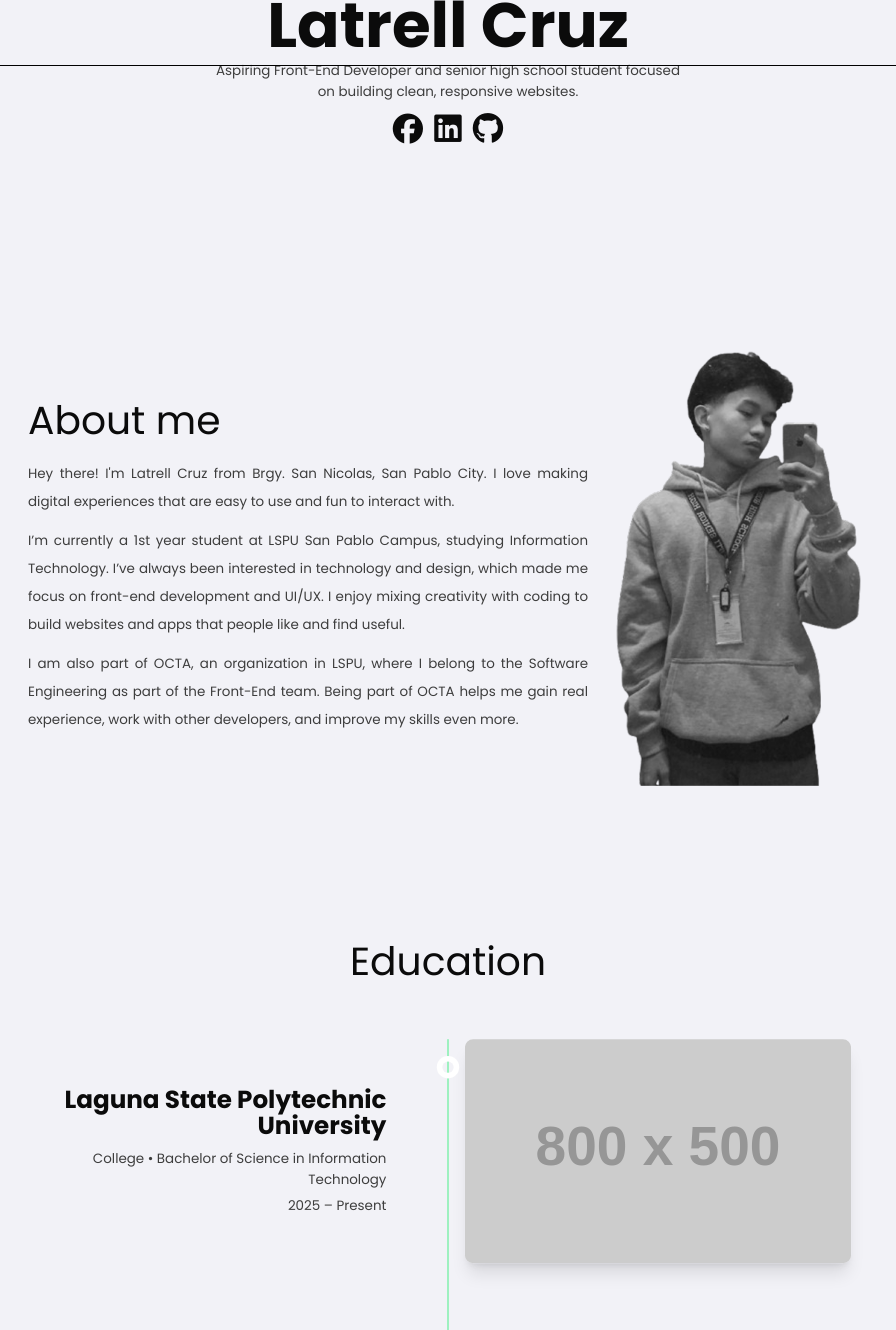
Repository: Latrell26/Portfolio-schoolProject
Page: /
These files come from the project's save history. The page is drawn as it stood at one moment and after the next save; the edit follows.
The browser window is 1280 px wide. The pictures show the part of the page from y = 272 to 2172 px (the page is 6276 px tall), at 70% of full size.
Pictures or frames that could not be fetched are drawn as grey boxes. The project was rebuilt for these pictures with package versions that can differ from the ones it lists, and the page was loaded fresh each time. Also part of the build but not shown: svelte.config.js, vite.config.js.

Above is the page before, as saved 2026-01-02 22:24:36.

### index.html
<!doctype html>
<html lang="en">
  <head>
    <meta charset="UTF-8" />
    <link rel="icon" type="image/svg+xml" href="/vite.svg" />
    <meta name="viewport" content="width=device-width, initial-scale=1.0" />
    <title>my-portfolio</title>
    <link rel="preconnect" href="https://fonts.googleapis.com">
<link rel="preconnect" href="https://fonts.gstatic.com" crossorigin>
<link href="https://fonts.googleapis.com/css2?family=Poppins:ital,wght@0,100;0,200;0,300;0,400;0,500;0,600;0,700;0,800;0,900;1,100;1,200;1,300;1,400;1,500;1,600;1,700;1,800;1,900&display=swap" rel="stylesheet">
 <link
    rel="stylesheet"
    href="https://cdnjs.cloudflare.com/ajax/libs/font-awesome/6.5.0/css/all.min.css"
  />
  </head>
  <body>
    <div id="app"></div>
    <script type="module" src="/src/main.js"></script>
  </body>
</html>

### src/app.css
@import "tailwindcss";

@theme {
  --color-dark: var(--dark);
  --color-medyolight: var(--medyolight);
  --color-light: var(--light);
}

:root {
  font-family: poppins;
  line-height: 1.5;
  font-weight: 400;
  color-scheme: light dark;
  color: #0B0B0B;
  background-color: #F2F2F7;
  font-synthesis: none;
  text-rendering: optimizeLegibility;
  -webkit-font-smoothing: antialiased;
  -moz-osx-font-smoothing: grayscale;
  --dark: #0B0B0B;
  --light: #F2F2F7;
  --medyolight: #3D3D3D;
  --light_bg: #F2F2F7;

  --tooltip-bg: var(--dark);
  --tooltip-text: var(--light);
  --tooltip-border: var(--dark);
}

.dark-mode {
  --dark: #0B0B0B;
  --medyolight: #E0E0E0;
  --light: #F2F2F7;
  --light_bg: #0B0B0B;
}

.dark-mode {
  background-color: var(--dark);
  color: var(--light);
  border-top-color: var(--light);
}

html{
  scroll-behavior: smooth;
  transition: color 0.3s ease;

}
h1 {
  font-size: clamp(4rem, 7vw, 8rem);
  font-weight: 700;
  line-height: 1.1;
}
h2 {
  font-size: clamp(2rem, 6vw, 3.5rem);
  line-height: 1.1;
}
h3 {
  font-size: clamp(2rem, 6vw, 2.2rem);
  line-height: 1.1;
}
h4 {
  font-size: clamp(1rem, 6vw, 2rem);
  line-height: 1.1;
}
h5{
  font-size: clamp(2rem, 3vw, 2.5rem);
}
p{
  font-size: clamp(1rem, 6vw, 1.2rem);
  color: var(--medyolight);
}

span{
  color: var(--light);
}

.border-light {
  border-color: transparent;
}
.border-t-light {
  border-top-color: var(--dark);
}

@keyframes slide {
    from {
      transform: translateX(-100%);
    }
    to {
      transform: translateX(0);
    }
  }

### src/App.svelte
<script>
  import svelteLogo from "./assets/svelte.svg";
  import viteLogo from "/vite.svg";
  import NavBar from "./lib/navBar.svelte";
  import Footer from "./lib/footer.svelte";
  import * as img from "./imagedata.js";
  import { projects } from "./lib/arrayObjectsData.js";
  import { education } from "./lib/arrayObjectsData.js";
  import ProjectCard from "./lib/components-cards.svelte";
  import TimelineItem from "./lib/TimeLineItem.svelte";
  const icons = [
    { src: img.csharplogo, name: "C#" },
    { src: img.csslogo, name: "CSS" },
    { src: img.htmllogo, name: "HTML" },
    { src: img.javalogo, name: "Java" },
    { src: img.jslogo, name: "JavaScript" },
    { src: img.pythonlogo, name: "Python" },
    { src: img.sveltelogo, name: "Svelte" },
    { src: img.tailwindlogo, name: "Tailwind CSS" },
    { src: img.figmalogo, name: "Figma" },
    { src: img.supabaselogo, name: "Supabase" },
    { src: img.firebaselogo, name: "Firebase" },
    { src: img.github, name: "GitHub" },
    { src: img.gitlogo, name: "Git" },
  ];
</script>

<main class="max-w-330 mx-auto pt-2 px-4 lg:px-10 duration-300">
  <NavBar />
  <section
    class="h-screen flex flex-col justify-center items-center text-center"
    id="home"
  >
    <div>
      <h1 class="font-bold">Latrell Cruz</h1>
      <p class=" text-lg max-w-2xl">
        Aspiring Front-End Developer and senior high school student focused on
        building clean, responsive websites.
      </p>
    </div>

    <div class="flex flex-row gap-4 mt-4 justify-center items-center">
      <a href="https://www.facebook.com/share/1Da6x7yam2/">
        <i class="fa-brands fa-facebook text-[2.7rem] hover:text-[#1877F2] duration-300"></i>
      </a>
      <a href="https://www.linkedin.com/in/latrell-cruz-a11975387/">
        <i class="fa-brands fa-linkedin text-[2.8rem] hover:text-[#0A66C2] duration-300"></i>
      </a>
      <a href="https://github.com/Latrell26">
        <i class="fa-brands fa-github text-[2.8rem] duration-300"></i>
      </a>
    </div>
  </section>

  <section class="mb-35 pt-10" id="about">
    <div class="flex flex-wrap justify-between items-center">
      <div class="flex flex-col">
        <h2 class="mb-6">About me</h2>
        <div class="max-w-[50rem] leading-10 flex-1 text-justify">
          <p>
            Hey there! I'm Latrell Cruz from Brgy. San Nicolas, San Pablo City.
            I love making digital experiences that are easy to use and fun to
            interact with.
          </p>
          <p class="mt-4">
            I’m currently a 1st year student at LSPU San Pablo Campus, studying
            Information Technology. I’ve always been interested in technology
            and design, which made me focus on front-end development and UI/UX.
            I enjoy mixing creativity with coding to build websites and apps
            that people like and find useful.
          </p>
          <p class="mt-4">
            I am also part of OCTA, an organization in LSPU, where I belong to
            the Software Engineering as part of the Front-End team.
            Being part of OCTA helps me gain real experience, work with other
            developers, and improve my skills even more.
          </p>
        </div>
      </div>
      <img src={img.me} alt="me" class="hidden xl:block w-auto h-auto" />
    </div>
  </section>
  <section id="education" class="py-20 px-6">
  <div class="max-w-6xl mx-auto">
    <h2 class="text-center mb-20">Education</h2>

    <div class="relative">
      <div class="absolute left-1/2 transform -translate-x-1/2 w-0.5 bg-green-300 bg h-full hidden lg:block"></div>

      <div class="space-y-0">
        {#each education as edu, i}
          <TimelineItem
            school={edu.school}
            level={edu.level}
            year={edu.year}
            imageSrc={edu.imageSrc}
            imageAlt={edu.imageAlt}
            isLeft={i % 2 === 0}
          />
        {/each}
      </div>
    </div>
  </div>
</section>
  <section class="mb-5">
    <h3 class="flex justify-center items-center">Tech I Use</h3>
    <div class="relative overflow-hidden py-4 pt-12">
      <div
        class="pointer-events-none absolute inset-0 z-10
          bg-[linear-gradient(to_right,var(--light_bg)_0%,transparent_20%,transparent_80%,var(--light_bg)_100%)]
          "
      ></div>

      <div class="flex animate-[slide_26s_linear_infinite] gap-8 md:gap-16">
  <div class="flex gap-8 md:gap-16 flex-none">
    {#each icons as icon}
      <div class="relative group">
        <img
          src={icon.src}
          alt={icon.name}
          class="flex-none
                 h-12 w-12 sm:h-16 sm:w-16 md:h-24 md:w-24
                 transition-transform duration-300 ease-out
                 group-hover:scale-110 group-hover:-translate-y-2
                 cursor-pointer"
        />

        <span
          class="tooltip absolute bottom-full left-1/2 -translate-x-1/2 mb-3
                 px-3 sm:px-4 py-1 sm:py-2 text-xs sm:text-sm font-medium
                 rounded-lg opacity-0 group-hover:opacity-100
                 pointer-events-none whitespace-nowrap
                 transition-opacity duration-300 ease-out shadow-lg"
        >
          {icon.name}
          <span
            class="absolute top-full left-1/2 -translate-x-1/2
                   border-4 sm:border-8 border-light border-t-light"
          ></span>
        </span>
      </div>
    {/each}
  </div>

  <div class="flex gap-8 md:gap-16 flex-none">
    {#each icons as icon}
      <div class="relative group">
        <img
          src={icon.src}
          alt={icon.name}
          class="flex-none
                 h-12 w-12 sm:h-16 sm:w-16 md:h-24 md:w-24
                 transition-transform duration-300 ease-out
                 group-hover:scale-110 group-hover:-translate-y-2
                 cursor-pointer"
        />

        <span
          class="tooltip absolute bottom-full left-1/2 -translate-x-1/2 mb-3
                 px-3 sm:px-4 py-1 sm:py-2 text-xs sm:text-sm font-medium
                 rounded-lg opacity-0 group-hover:opacity-100
                 pointer-events-none whitespace-nowrap
                 transition-opacity duration-300 ease-out shadow-lg"
        >
          {icon.name}
          <span
            class="absolute top-full left-1/2 -translate-x-1/2
                   border-4 sm:border-8 border-light border-t-light"
          ></span>
        </span>
      </div>
    {/each}
  </div>
</div>

      </div>
  </section>

  <section class="mb-70 pt-20" id="projects">
    <h2 class="text-center mb-8">What I Build</h2>
    <div class="flex flex-wrap justify-center">
      <div class="grid grid-cols-1 lg:grid-cols-2 gap-16">
        {#each projects as project}
          <ProjectCard
            image={project.image}
            title={project.title}
            text={project.text}
            logo={project.logo || []}
            url={project.url}
          />
        {/each}
      </div>
    </div>
  </section>
  <section id="contact" class="pt-20">
    <Footer />
  </section>
</main>

<style>
  .tooltip {
    background-color: #0b0b0b;
    color: #f2f2f7;
    border-color: #0b0b0b;
  }

  .tooltip span {
    border-top-color: #0b0b0b;
  }

  :global(.dark-mode) .tooltip {
    background-color: #f2f2f7;
    color: #0b0b0b;
    border-color: #f2f2f7;
  }

  :global(.dark-mode) .tooltip span {
    border-top-color: #f2f2f7;
  }
</style>

### src/lib/navBar.svelte
<script>
  import { onMount } from "svelte";

  let isDark = false;
  let currentIcon;
  let menuOpen = false;
  let scrolled = false;
  let activeSection = "home";

  let prevScrollY = 0;
  let navbarVisible = true;
  let forceHide = false;

  const sunIcon = `
    <svg xmlns="http://www.w3.org/2000/svg" viewBox="0 0 24 24"
         fill="none" stroke="currentColor" class="w-4 h-4">
      <path stroke-linecap="round" stroke-linejoin="round" stroke-width="2"
            d="M12 3v1m0 16v1m9-9h-1M4 12H3
               m15.364 6.364l-.707-.707
               M6.343 6.343l-.707-.707
               m12.728 0l-.707.707
               M6.343 17.657l-.707.707
               M16 12a4 4 0 11-8 0 4 4 0 018 0z"/>
    </svg>
  `;

  const moonIcon = `
    <svg xmlns="http://www.w3.org/2000/svg" viewBox="0 0 24 24"
         fill="none" stroke="currentColor" class="w-4 h-4">
      <path stroke-linecap="round" stroke-linejoin="round" stroke-width="2"
            d="M20.354 15.354A9 9 0 018.646 3.646
               9.003 9.003 0 0012 21
               a9.003 9.003 0 008.354-5.646z"/>
    </svg>
  `;

  function applyDarkMode(value) {
    document.documentElement.classList.toggle("dark-mode", value);
    localStorage.setItem("darkMode", value);
    currentIcon = value ? moonIcon : sunIcon;
  }

  function toggleDarkMode() {
    isDark = !isDark;
    applyDarkMode(isDark);
  }

  function hideNavbarAfterClick() {
    forceHide = true;
    navbarVisible = false;
    setTimeout(() => forceHide = false, 1200);
  }

  onMount(() => {
    const saved = localStorage.getItem("darkMode");
    isDark = saved !== null
      ? saved === "true"
      : window.matchMedia("(prefers-color-scheme: dark)").matches;
    applyDarkMode(isDark);

    const handleScroll = () => {
      if (forceHide) return;

      const currentScrollY = window.scrollY;
      scrolled = currentScrollY > 50;

      if (currentScrollY > prevScrollY && currentScrollY > 100) {
        navbarVisible = false;
      } else if (currentScrollY < prevScrollY) {
        navbarVisible = true;
      }

      if (currentScrollY <= 10) navbarVisible = true;
      prevScrollY = currentScrollY;
    };

    window.addEventListener("scroll", handleScroll);

    const sections = document.querySelectorAll("section[id]");
    const observer = new IntersectionObserver(
      entries => {
        entries.forEach(entry => {
          if (entry.isIntersecting) activeSection = entry.target.id;
        });
      },
      { threshold: 0.5 }
    );
    sections.forEach(sec => observer.observe(sec));

    return () => {
      window.removeEventListener("scroll", handleScroll);
      observer.disconnect();
    };
  });
</script>

<nav
  class={`fixed top-0 left-0 right-0 z-50 py-2 transition-all duration-300 ease-out
  bg-transparent ${scrolled ? "bg-white/10 border-b border-white/20 backdrop-blur-xl shadow-md" : "border-b border-transparent"}
  ${navbarVisible ? "translate-y-0" : "-translate-y-full"}`}
>
  <div class="flex justify-between items-center max-w-7xl mx-auto px-4">
    <h5 class="font-semibold">LC</h5>

    <ul class="hidden md:flex gap-12 text-lg">
      {#each ["home","about","education","projects","contact"] as item}
        <li class="hover:underline underline-offset-4">
          <a href={`#${item}`} on:click={hideNavbarAfterClick}
             class={activeSection === item ? "underline" : ""}>
            {item[0].toUpperCase() + item.slice(1)}
          </a>
        </li>
      {/each}
    </ul>

    <button class="md:hidden text-2xl" on:click={() => menuOpen = true}>☰</button>

    <button
      on:click={toggleDarkMode}
      class="hidden md:flex relative w-14 h-7 rounded-full bg-white shadow-md flex items-center cursor-pointer"
    >
      <div class="w-7 h-7 rounded-full transition-all duration-300 flex items-center justify-center text-white
                  {isDark ? 'bg-dark translate-x-7' : 'bg-yellow-500 translate-x-0'}">
        {@html currentIcon}
      </div>
    </button>
  </div>
</nav>

<div
  class={`fixed top-0 right-0 h-full w-64 bg-black/80 backdrop-blur-xl text-white p-6 z-40
    transition-transform duration-300 ${menuOpen ? "translate-x-0" : "translate-x-full"}`}
>
  <button class="text-3xl mb-6" on:click={() => menuOpen = false}>✕</button>

  <button
    on:click={toggleDarkMode}
    class="relative w-14 h-7 rounded-full bg-white shadow-md flex items-center cursor-pointer mb-6"
  >
    <div class="w-7 h-7 rounded-full transition-all duration-300 flex items-center justify-center text-white
                {isDark ? 'bg-dark translate-x-7' : 'bg-yellow-500 translate-x-0'}">
      {@html currentIcon}
    </div>
  </button>

  <ul class="flex flex-col gap-6 text-xl">
    {#each ["home","about","education","projects","contact"] as item}
      <li>
        <a href={`#${item}`} on:click={() => { menuOpen = false; hideNavbarAfterClick(); }}
           class={activeSection === item ? "underline" : ""}>
          {item[0].toUpperCase() + item.slice(1)}
        </a>
      </li>
    {/each}
  </ul>
</div>

<style>
  .dark-mode {
    --dark: #0B0B0B;
    --light: #F2F2F7;
    background-color: var(--dark);
    color: var(--light);
  }
</style>

### src/lib/footer.svelte
    <script>
    import * as img from "../imagedata.js";
    </script>

    <footer class="" >
    <div class="max-w-7xl mx-auto">

        <div class="max-w-2xl">

        <h2 class="">Let's work together</h2>

        <form class="mt-10 space-y-8">
            <div>
            <p class="">Name</p>
            <input
                type="text"
                required
                placeholder="Yourname"
                class="w-full px-0 py-2 bg-transparent border-b-2
                    focus:outline-none
                    placeholder-medyolight"
            />
            </div>

            <div>
            <p class="">Email</p>
            <input
                type="email"
                required
                placeholder="your.email@example.com"
                class="w-full px-0 py-2 bg-transparent border-b-2
                    focus:outline-none
                    placeholder-medyolight"
            />
            </div>
            <div>
            <p class="">Message</p>
            <textarea
                required
                rows="3"
                placeholder="Say hello..."
                class="w-full px-0 py-2 bg-transparent border-b-2
                    focus:outline-none
                    resize-none placeholder-medyolight"
            ></textarea>
            </div>

            <button
            type="submit"
            class="px-8 py-4 bg-dark rounded-lg text-light cursor-pointer hover:bg-light border-1  hover:text-dark duration-400 ease-out"
            >
            Send message
            </button>
        </form>

        <div class="flex flex-row items-center gap-4 mt-16">
            <a
            href="https://www.facebook.com/share/1Da6x7yam2/"
            >
            <i class="fa-brands fa-facebook text-[2.2rem] hover:text-[#1877F2] duration-300"></i>

            </a>
            <a
            href="https://www.linkedin.com/in/latrell-cruz-a11975387/"
            >
            <i class="fa-brands fa-linkedin text-[2.3rem] hover:text-[#0A66C2] duration-300"></i>

            </a>
            <a
            href="https://github.com/Latrell26"
            >
            <i class="fa-brands fa-github text-[2.3rem] duration-300"></i>
            </a>
        </div>


        <div class="mt-16 mb-8">
            <h6 class="text-sm text-medyolight">© 2025 Latrell Cruz. All rights reserved.</h6>
        </div>

        </div>
    </div>
    </footer>

### src/imagedata.js
import facebook from "./assets/imgs/facebook.svg";
import github from "./assets/imgs/github.svg";
import linkedin from "./assets/imgs/linkedin.svg";
import me from "./assets/imgs/me.png";
import csharplogo from "./assets/imgs/csharplogo.png";
import csslogo from "./assets/imgs/csslogo.png";
import htmllogo from "./assets/imgs/htmllogo.png";
import javalogo from "./assets/imgs/javalogo.png";
import jslogo from "./assets/imgs/jslogo.png";
import pythonlogo from "./assets/imgs/pythonlogo.png";
import sveltelogo from "./assets/imgs/sveltelogo.png";
import tailwindlogo from "./assets/imgs/tailwindlogo.png";
import figmalogo from "./assets/imgs/figmalogo.png";
import supabaselogo from "./assets/imgs/supabaselogo.png";
import firebaselogo from "./assets/imgs/firebaselogo.png";
import gitlogo from "./assets/imgs/gitlogo.png";
import insideStyle from "./assets/imgs/insideStyle.png";
import raiohDesign from "./assets/imgs/raiohDesign.png";
import antellDesgin from "./assets/imgs/antellDesgin.png";
import antelldesign from "./assets/imgs/antelldesign.svg";
import raiohdesign from "./assets/imgs/raiohdesign.svg";
import insidestyledesign from "./assets/imgs/insidestyledesign.svg";
import facebookdm from "./assets/imgs/facebookdm.svg";
import linkeindm from "./assets/imgs/linkeindm.svg";
import lspu from "./assets/imgs/lspu.png";
import central from "./assets/imgs/central.png";

export{
    facebook,
    github,
    linkedin,
    me,
    csharplogo,
    csslogo,
    htmllogo,
    javalogo,
    jslogo,
    pythonlogo,
    sveltelogo,
    tailwindlogo,
    figmalogo,
    supabaselogo,
    firebaselogo,
    gitlogo,
    insideStyle,
    raiohDesign,
    antellDesgin,
    antelldesign,
    raiohdesign,
    insidestyledesign,
    linkeindm,
    facebookdm,
    lspu,
    central,
}

### src/lib/components-cards.svelte
<script>
    export let image = "";
    export let title = "";
    export let text = "";
    export let logo = [];
    export let url = "#";

    let isDisabled = title === "Soon...";
</script>

<div class="group">
    <a
        href={isDisabled ? "#" : url}
        target="_blank"
        rel="noopener noreferrer"
        class={`block ${isDisabled ? 'pointer-events-none cursor-not-allowed' : ''}`}
    >
        <div class="mb-4 relative rounded-lg overflow-hidden">
            <div>
                <img
                    src={image}
                    alt={title}
                    class={`w-[600px] h-[350px] object-cover transition-transform duration-400 ease-out
                        ${isDisabled ? '' : 'group-hover:scale-104 cursor-pointer'}`}
                />

                <div class={`absolute inset-0
                            ${isDisabled ? 'opacity-0' : 'opacity-0 group-hover:opacity-100'}
                            transition-opacity duration-400 ease-out
                            backdrop-blur-sm
                            bg-white/5
                            flex items-end justify-center pb-8
                            pointer-events-none`}
                >
                    {#if !isDisabled}
                    <div class="bg-white/20 backdrop-blur-lg rounded-xl px-6 py-2 border border-white/30 shadow-xl
                                translate-y-4 group-hover:translate-y-0 transition-transform duration-400 ease-out">
                        <p class=" tracking-wide drop-shadow-lg">
                            <span>View project →</span>

                        </p>
                    </div>
                    {/if}
                </div>
            </div>
        </div>
    </a>

    <div>
        <h3 class="font-semibold mb-2">
            {title}
        </h3>

        <p class="leading-relaxed mb-2 max-w-[37rem] text-justify">
            {text}
        </p>

        <div class="flex gap-2 flex-wrap">
            {#each logo as icon}
                <img
                    src={icon}
                    alt="tech icon"
                    class="w-10 h-10 md:w-12 md:h-12 object-contain"
                />
            {/each}
        </div>
    </div>
</div>

### src/lib/TimeLineItem.svelte
<script>
  export let school = "";
  export let level = "";
  export let year = "";
  export let imageSrc = "https://via.placeholder.com/800x500";
  export let imageAlt = "";
  export let isLeft = true; // bagong prop para i-alternate
</script>

<div class="grid grid-cols-1 lg:grid-cols-2 gap-12 items-center relative mb-24">
    <!-- Text -->
    <div class={`text-left lg:text-right lg:pr-16 ${isLeft ? "order-2 lg:order-1" : "order-2 lg:order-2 text-right lg:text-left lg:pl-16"}`}>
        <h3 class="text-2xl md:text-3xl font-bold">{school}</h3>
        <p class="mt-3 text-lg">{level}</p>
        <p class="mt-2 text-gray-600 dark:text-gray-400">{year}</p>
    </div>

    <!-- Image -->
    <div class={`${isLeft ? "order-1 lg:order-2" : "order-1 lg:order-1"}`}>
        <div class="rounded-xl shadow-xl overflow-hidden">
            <img
                src={imageSrc}
                alt={imageAlt}
                class="w-full h-80 object-cover transition-transform duration-500 hover:scale-105"
            />
        </div>
    </div>

    <!-- Dot in center line -->
    <div class="hidden lg:block absolute left-1/2 transform -translate-x-1/2 w-4 h-4 bg-primary rounded-full ring-8 ring-white dark:ring-gray-900 top-8"></div>
</div>

Loaded but not shown: src/main.js (common file); src/lib/arrayObjectsData.js (59 lines, source omitted)

After the next save:
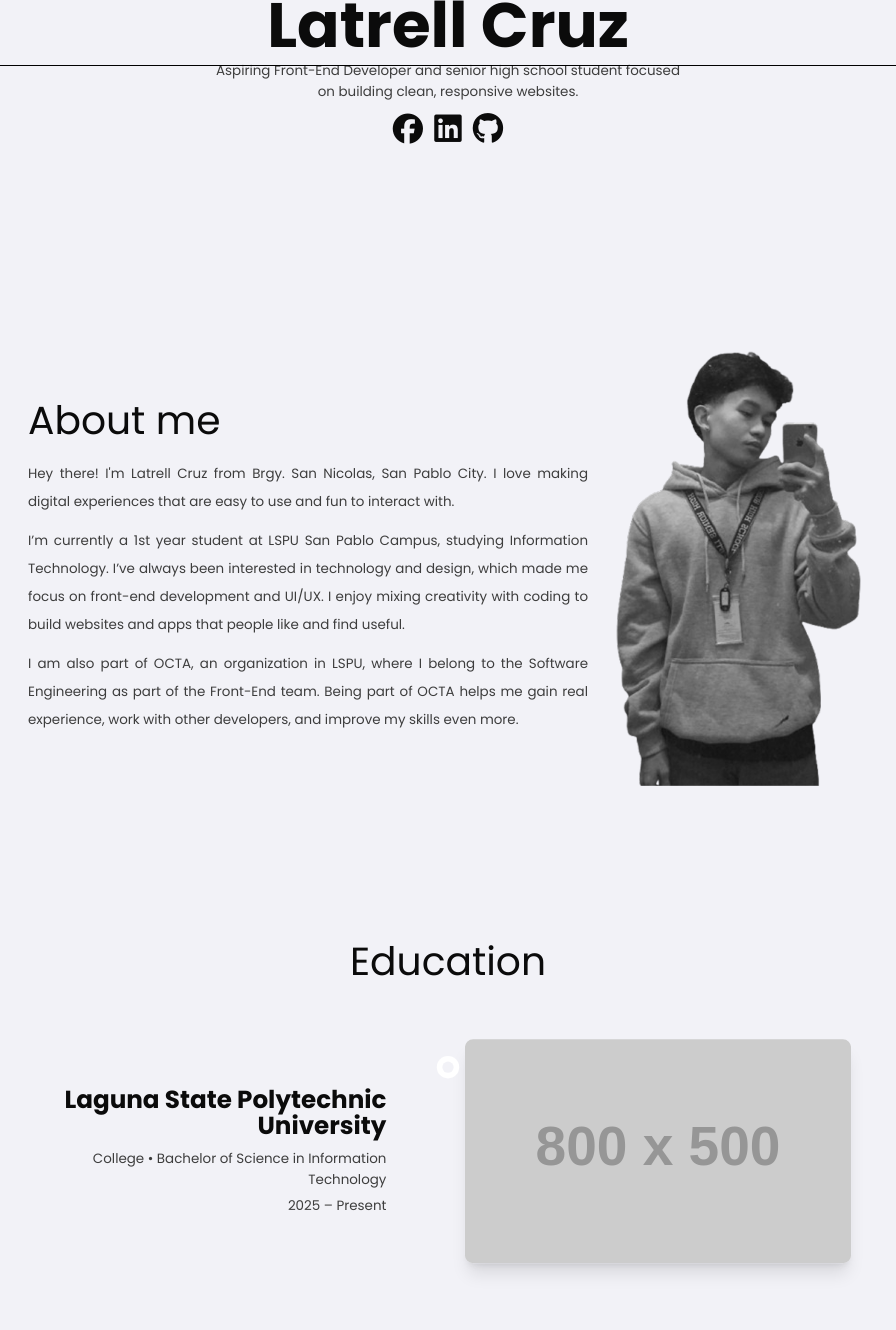
Saved 8 s later.
--- a/src/App.svelte
+++ b/src/App.svelte
@@ -85,7 +85,7 @@
     <h2 class="text-center mb-20">Education</h2>
 
     <div class="relative">
-      <div class="absolute left-1/2 transform -translate-x-1/2 w-0.5 bg-green-300 bg h-full hidden lg:block"></div>
+      <div class="absolute left-1/2 transform -translate-x-1/2 w-0.5 h-full hidden lg:block"></div>
 
       <div class="space-y-0">
         {#each education as edu, i}
